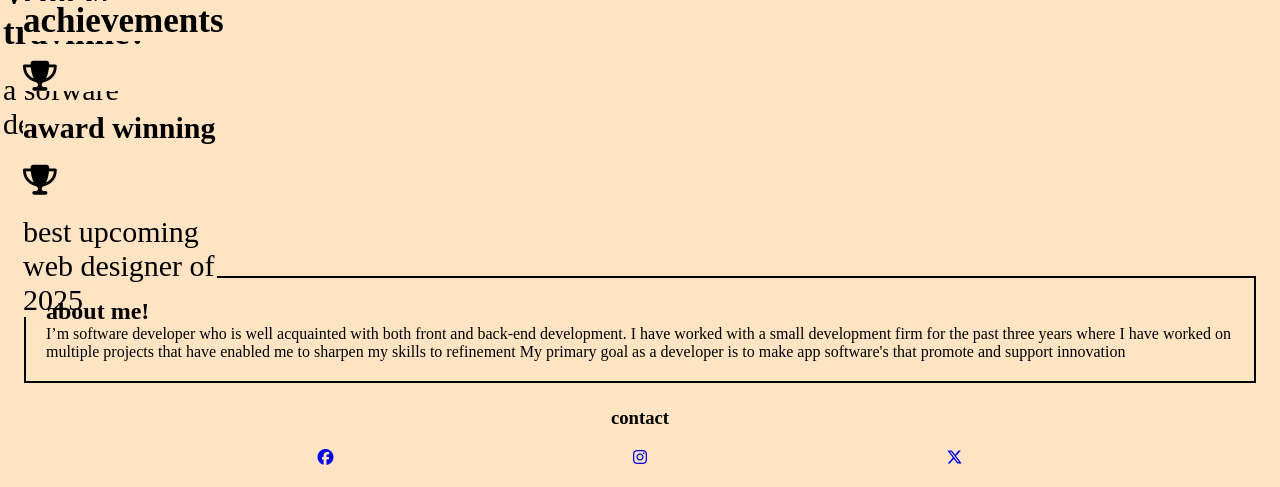
Repository: travinne/travthegr88
Page: desktop/portfolio/index.html
An editor plug-in stored every save of this project. The page is shown before and after the next save, followed by the edit.
The browser window is 1280 px wide. The pictures show the part of the page from y = 588 to 1075 px (the page is 1075 px tall).
Some web fonts or font styles are not loaded; a fallback is used.

Above is the page before, as saved 2025-03-03 08:07:32.

After the next save:
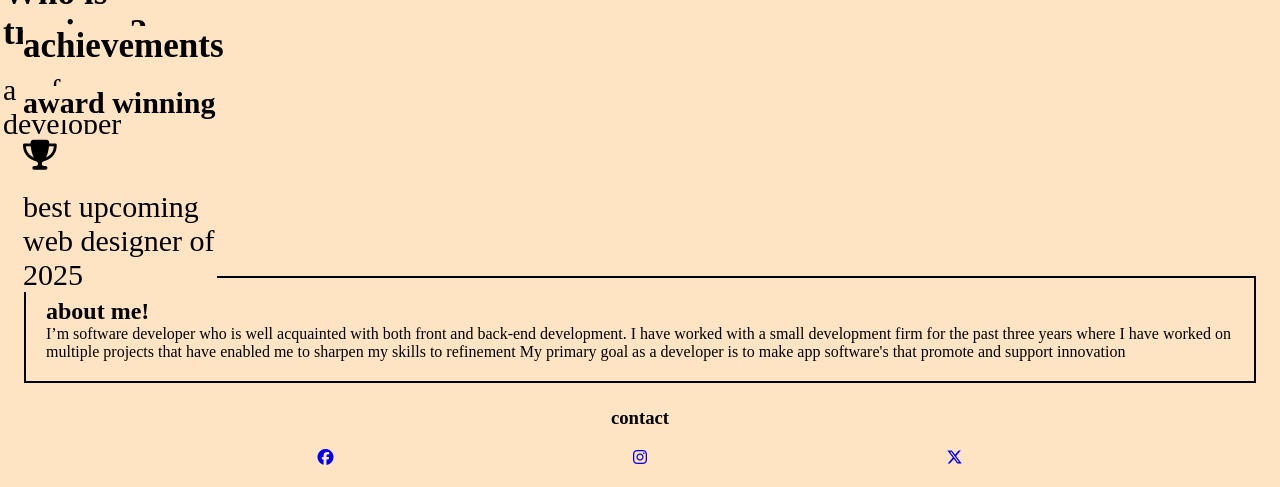
Saved 10 s later.
--- a/desktop/portfolio/index.html
+++ b/desktop/portfolio/index.html
@@ -33,7 +33,6 @@
 
             <div class="box3">
                 <h3>achievements</h3>
-                    <i class="fa-solid fa-trophy"></i>
                     <h4>award winning</h4>
                     <i class="fa-solid fa-trophy"></i>
                     <p>best upcoming web designer of 2025</p>
